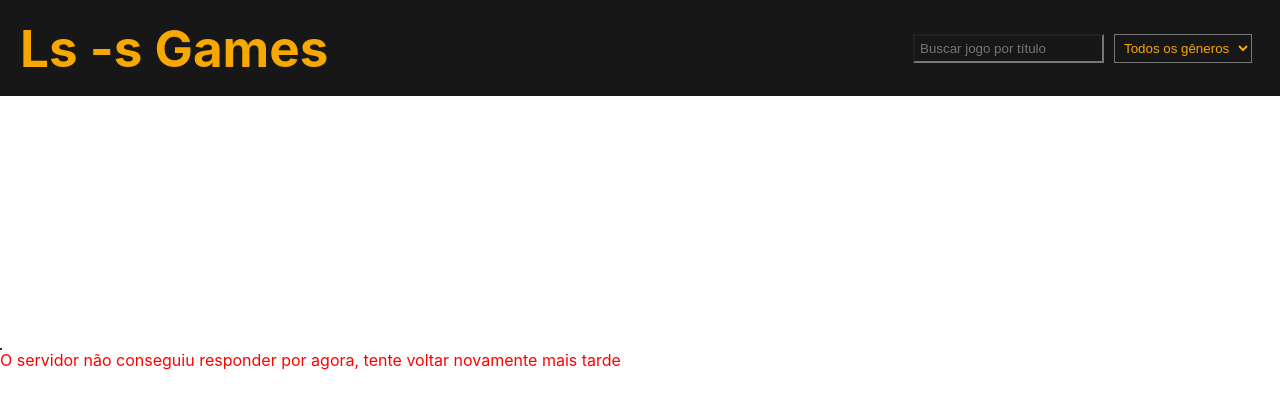
Repository: nlemuel/games-front-test
Page: /
These files come from the project's save history. The page is drawn as it stood at one moment and after the next save; the edit follows.
The browser window is 1280 px wide. The pictures show the whole page.
The page's requests for data from a server got no answer. The project was rebuilt for these pictures with package versions that can differ from the ones it lists, and the page was loaded fresh each time. No one was signed in, and anything a server would have sent is missing. Also part of the build but not shown: vite.config.ts.

Above is the page before, as saved 2023-06-25 17:32:12.

After the next save:
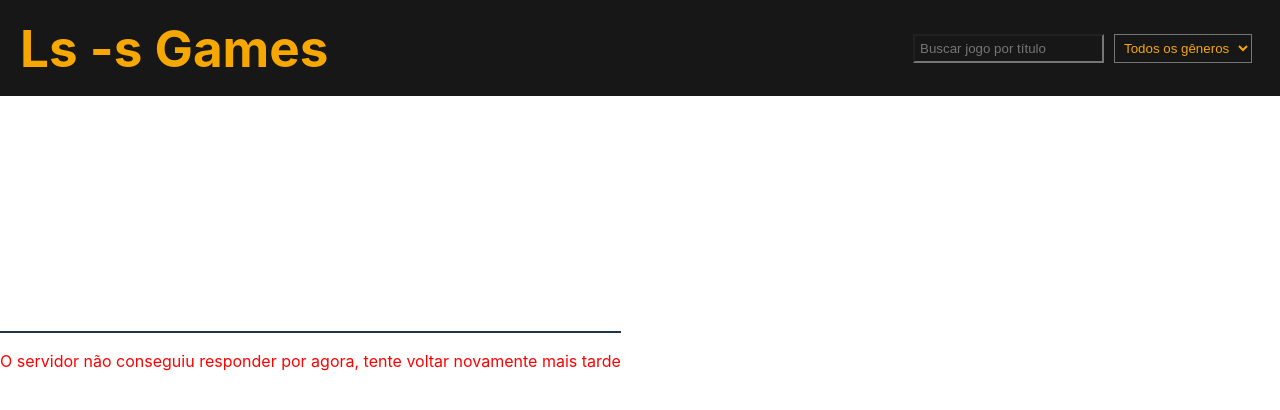
Saved 16 s later.
--- a/src/components/Container/styles.tsx
+++ b/src/components/Container/styles.tsx
@@ -5,7 +5,7 @@ const Container = styled.div`
   flex-wrap: wrap;
   justify-content: center;
   border: 1px solid;
-  position: fixed;
+
 `;
 
 export default Container;
